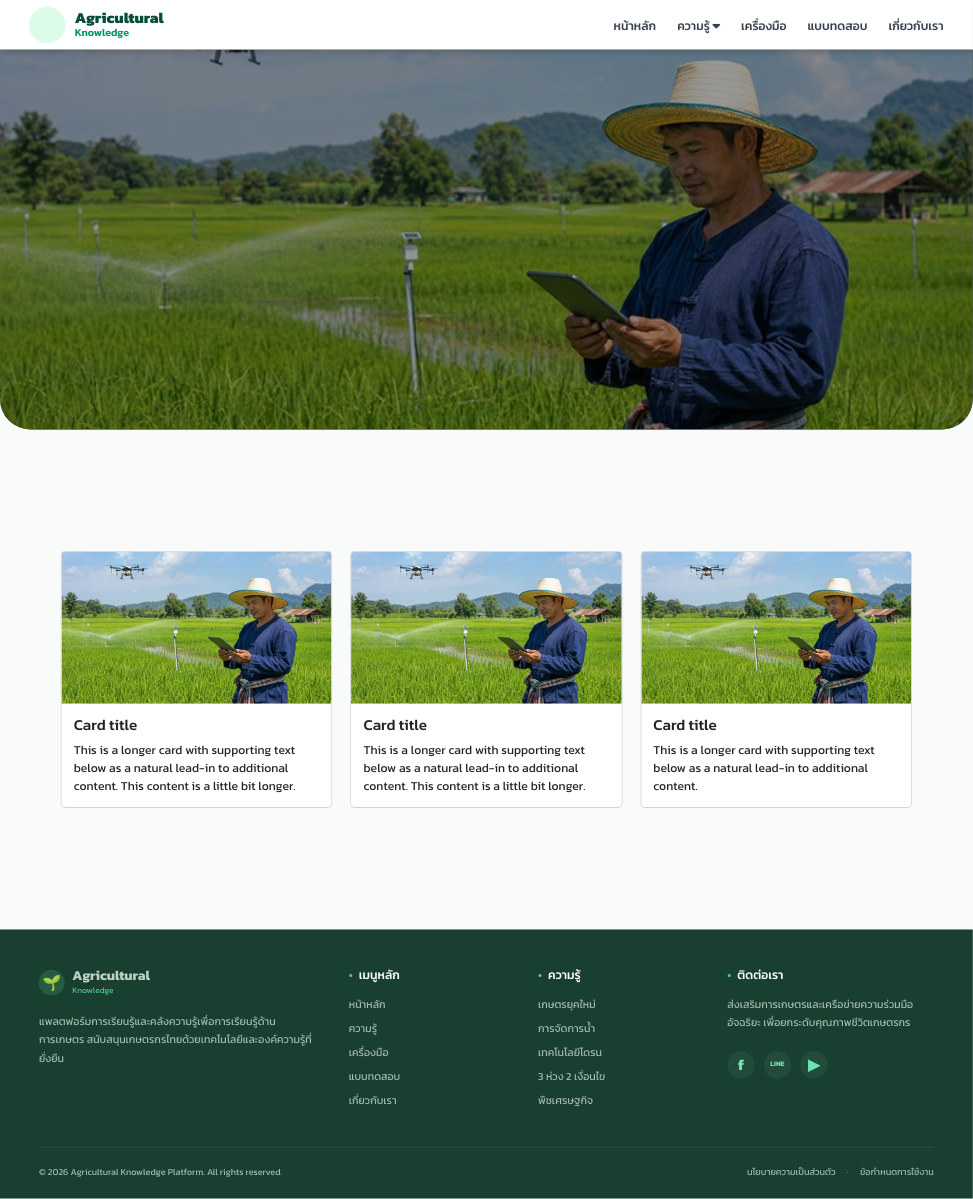
Repository: nuwat-wa/Project-WebdesignAG
Page: ag1.html
These files come from the project's save history. The page is drawn as it stood at one moment and after the next save; the edit follows.
The browser window is 1280 px wide. The pictures show the whole page, at 76% of full size.

Above is the page before, as saved 2026-09-25 19:01:01.

### ag1.html
<!doctype html>
<html lang="en">
  <head>
    <meta charset="UTF-8" />
    <meta name="viewport" content="width=device-width, initial-scale=1.0" />
    <title>Agricultural Knowledge</title>
    <link
      href="https://cdn.jsdelivr.net/npm/bootstrap@5.3.8/dist/css/bootstrap.min.css"
      rel="stylesheet"
      integrity="sha384-sRIl4kxILFvY47J16cr9ZwB07vP4J8+LH7qKQnuqkuIAvNWLzeN8tE5YBujZqJLB"
      crossorigin="anonymous"
    />
    <link
      rel="stylesheet"
      href="https://cdnjs.cloudflare.com/ajax/libs/font-awesome/6.7.2/css/all.min.css"
    />
    <link rel="stylesheet" href="ag1.css" />
  </head>
  <body>
    <header class="header">
      <div class="logo">
        <div class="logo-icon">
          <i class=""></i>
        </div>
        <div class="brand-text">
          <h1 class="title">Agricultural</h1>
          <span class="subtitle">Knowledge</span>
        </div>
      </div>

      <nav class="nav-links">
        <a href="#">หน้าหลัก</a>
        <a href="#">ความรู้ <i class="fa-solid fa-caret-down"></i> </a>
        <a href="#">เครื่องมือ</a>
        <a href="#">แบบทดสอบ</a>
        <a href="#">เกี่ยวกับเรา</a>
      </nav>
    </header>

    <div class="helo">
      <img src="img/aghero.jpg" alt="Agricultural" />
      <div class="overlay"></div>
    </div>

    <div class="navcont"></div>

    <div class="content">
      <div class="row row-cols-1 row-cols-md-3 g-4">
        <div class="col">
          <div class="card">
            <img src="img/aghero.jpg" class="card-img-top" alt="..." />
            <div class="card-body">
              <h5 class="card-title">Card title</h5>
              <p class="card-text">
                This is a longer card with supporting text below as a natural
                lead-in to additional content. This content is a little bit
                longer.
              </p>
            </div>
          </div>
        </div>
        <div class="col">
          <div class="card">
            <img src="img/aghero.jpg" class="card-img-top" alt="..." />
            <div class="card-body">
              <h5 class="card-title">Card title</h5>
              <p class="card-text">
                This is a longer card with supporting text below as a natural
                lead-in to additional content. This content is a little bit
                longer.
              </p>
            </div>
          </div>
        </div>
        <div class="col">
          <div class="card">
            <img src="img/aghero.jpg" class="card-img-top" alt="..." />
            <div class="card-body">
              <h5 class="card-title">Card title</h5>
              <p class="card-text">
                This is a longer card with supporting text below as a natural
                lead-in to additional content.
              </p>
            </div>
          </div>
        </div>

      </div>
    </div>

    <footer class="site-footer">
      <div class="footer-top">
        <!-- โลโก้และคำอธิบาย -->
        <div class="footer-about">
          <div class="footer-logo">
            <span class="footer-logo-icon">🌱</span>

            <div>
              <strong>Agricultural</strong>
              <small>Knowledge</small>
            </div>
          </div>

          <p>
            แพลตฟอร์มการเรียนรู้และคลังความรู้เพื่อการเรียนรู้ด้านการเกษตร
            สนับสนุนเกษตรกรไทยด้วยเทคโนโลยีและองค์ความรู้ที่ยั่งยืน
          </p>
        </div>

        <!-- เมนูหลัก -->
        <div class="footer-column">
          <h3>เมนูหลัก</h3>

          <ul>
            <li><a href="home.html">หน้าหลัก</a></li>
            <li><a href="knowledge.html">ความรู้</a></li>
            <li><a href="tools.html">เครื่องมือ</a></li>
            <li><a href="quiz.html">แบบทดสอบ</a></li>
            <li><a href="about.html">เกี่ยวกับเรา</a></li>
          </ul>
        </div>

        <!-- หมวดความรู้ -->
        <div class="footer-column">
          <h3>ความรู้</h3>

          <ul>
            <li><a href="modern-farming.html">เกษตรยุคใหม่</a></li>
            <li><a href="water.html">การจัดการน้ำ</a></li>
            <li><a href="drone.html">เทคโนโลยีโดรน</a></li>
            <li><a href="sufficiency.html">3 ห่วง 2 เงื่อนไข</a></li>
            <li><a href="crops.html">พืชเศรษฐกิจ</a></li>
          </ul>
        </div>

        <!-- ติดต่อ -->
        <div class="footer-contact">
          <h3>ติดต่อเรา</h3>

          <p>
            ส่งเสริมการเกษตรและเครือข่ายความร่วมมืออัจฉริยะ
            เพื่อยกระดับคุณภาพชีวิตเกษตรกร
          </p>

          <!-- ใส่ URL ของช่องทางจริงใน href -->
          <div class="footer-social">
            <a href="#" aria-label="Facebook">f</a>
            <a href="#" class="social-line" aria-label="LINE">LINE</a>
            <a href="#" aria-label="YouTube">▶</a>
          </div>
        </div>
      </div>

      <!-- ส่วนล่าง -->
      <div class="footer-bottom">
        <p>© 2026 Agricultural Knowledge Platform. All rights reserved.</p>

        <div class="footer-policy">
          <a href="privacy.html">นโยบายความเป็นส่วนตัว</a>
          <span>·</span>
          <a href="terms.html">ข้อกำหนดการใช้งาน</a>
        </div>
      </div>
    </footer>

    <script
      src="https://cdn.jsdelivr.net/npm/bootstrap@5.3.8/dist/js/bootstrap.bundle.min.js"
      integrity="sha384-FKyoEForCGlyvwx9Hj09JcYn3nv7wiPVlz7YYwJrWVcXK/BmnVDxM+D2scQbITxI"
      crossorigin="anonymous"
    ></script>
  </body>
</html>

### ag1.css
@import url('https://fonts.googleapis.com/css2?family=Kanit:ital,wght@0,100;0,200;0,300;0,400;0,500;0,600;0,700;0,800;0,900;1,100;1,200;1,300;1,400;1,500;1,600;1,700;1,800;1,900&display=swap');

* {
  margin: 0;
  padding: 0;
  box-sizing: border-box;
  font-family: "Kanit", sans-serif;
  font-style: normal;
}

body {
  background: #f8fbf9;
  overflow-x: hidden;
}

/* scroll bar */
html {
  scrollbar-width: none;
  -ms-overflow-style: none;
}

html::-webkit-scrollbar {
  display: none;
}

.header {
  position: fixed;
  top: 0;
  left: 0;
  width: 100%;
  padding: 0 3%;
  height: 65px;
  background: white;
  display: flex;
  justify-content: space-between;
  align-items: center;
  box-shadow: 0 2px 10px rgba(0, 0, 0, 0.25);
  z-index: 1000;
}

.logo {
  display: flex;
  align-items: center;
  gap: 12px;
}

.logo-icon {
  width: 48px;
  height: 48px;
  background-color: #dcfce7;
  border-radius: 50%;
  display: flex;
  align-items: center;
  justify-content: center;
}

.brand-text {
  display: flex;
  flex-direction: column;
}

.title {
  margin: 0;
  font-size: 20px;
  font-weight: 800;
  color: #064e3b;
  line-height: 0.95;
}

.subtitle {
  font-size: 14px;
  font-weight: 600;
  color: #059669;
  line-height: 1.1;
  margin-top: 2px;
}

.nav-links a {
  text-decoration: none;
  color: #374151;
  font-weight: 500;
  margin-left: 24px;
}

.nav-links a:hover {
  color: #2D6A4F;
}

.nav-links a:hover {
    color: #2D6A4F;
}

nav a:hover,
nav .active {
    color: #2D6A4F;
    border-bottom: 2px solid #2D6A4F;
}

.helo {
  width: 100vw;
  margin-top: 65px;
  background-color: black;
  border-radius: 0px 0px 40px 40px;
}

.helo img {
  width: 100%;
  height: 500px;
  object-fit: cover;
  display: block;
  border-radius: 0px 0px 40px 40px;
  opacity: 0.6;
}


/* content */
.content {
    margin: 10rem 5rem;
}

/* footer */
.site-footer {
    padding: 50px 4% 25px;
    background-color: #193f31;
    color: #a4bdb0;
    font-size: 14px;
    line-height: 1.7;
    width: 100vw;
}

.site-footer * {
    box-sizing: border-box;
}

.site-footer a {
    color: #a4bdb0;
    text-decoration: none;
}

.site-footer a:hover {
    color: #65dfb0;
}

.site-footer a:focus-visible {
    outline: 2px solid #65dfb0;
    outline-offset: 4px;
}


/* จัดเนื้อหา 4 คอลัมน์ */
.site-footer .footer-top {
    display: flex;
    justify-content: space-between;
    gap: 45px;
    max-width: 1200px;
    margin: auto;
}

.site-footer .footer-about {
    flex: 1.6;
    min-width: 0;
}

.site-footer .footer-column {
    flex: 0.9;
    min-width: 0;
}

.site-footer .footer-contact {
    flex: 1.2;
    min-width: 0;
}


/* โลโก้ */
.site-footer .footer-logo {
    display: flex;
    align-items: center;
    gap: 10px;
    margin-bottom: 20px;
}

.site-footer .footer-logo-icon {
    display: flex;
    align-items: center;
    justify-content: center;
    width: 34px;
    height: 34px;
    border-radius: 50%;
    background-color: #245b42;
    font-size: 20px;
}

.site-footer .footer-logo strong {
    display: block;
    color: #bdd0c5;
    font-size: 18px;
    line-height: 1.2;
}

.site-footer .footer-logo small {
    display: block;
    color: #50c998;
    font-size: 11px;
}


/* หัวข้อและจุดสีเขียว */

.site-footer h3 {
    margin: 0 0 18px;
    color: white;
    font-size: 16px;
}

.site-footer h3::before {
    content: "•";
    margin-right: 8px;
    color: #3bd4a0;
}


/* ข้อความและรายการลิงก์ */

.site-footer p {
    margin: 0;
}

.site-footer ul {
    margin: 0;
    padding: 0;
    list-style: none;
}

.site-footer li {
    margin-bottom: 8px;
}


/* ปุ่มช่องทางติดต่อ */

.site-footer .footer-social {
    display: flex;
    gap: 12px;
    margin-top: 25px;
}

.site-footer .footer-social a {
    display: flex;
    align-items: center;
    justify-content: center;
    width: 36px;
    height: 36px;
    border-radius: 50%;
    background-color: #224b3b;
    color: #6ce4b6;
    font-size: 20px;
    font-weight: bold;
}

.site-footer .footer-social a:hover {
    background-color: #30634e;
}

.site-footer .footer-social .social-line {
    font-size: 9px;
}


/* เส้นคั่นและข้อมูลด้านล่าง */

.site-footer .footer-bottom {
    display: flex;
    justify-content: space-between;
    align-items: center;
    gap: 20px;
    max-width: 1200px;
    margin: 40px auto 0;
    padding-top: 22px;
    border-top: 1px solid #2b5140;
    font-size: 12px;
}

.site-footer .footer-policy {
    display: flex;
    flex-wrap: wrap;
    gap: 15px;
}


/* แท็บเล็ต: แสดงสองคอลัมน์ */
@media (max-width: 768px) {
    .site-footer .footer-top {
        flex-wrap: wrap;
        gap: 30px;
    }
    .site-footer .footer-about,
    .site-footer .footer-column,
    .site-footer .footer-contact {
        flex: 1 1 40%;
    }
    .site-footer .footer-bottom {
        flex-direction: column;
        align-items: flex-start;
    }
}


/* มือถือ: เรียงลงมาคอลัมน์เดียว */
@media (max-width: 375px) {
    .site-footer {
        padding: 35px 20px 20px;
    }
    .site-footer .footer-top {
        flex-direction: column;
    }
}

After the next save:
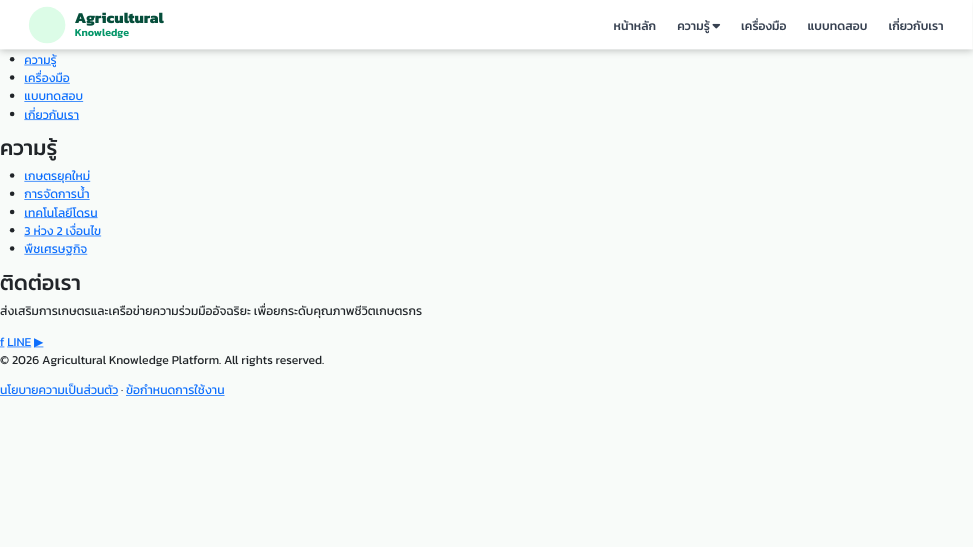
Saved 80 s later.
--- a/ag1.html
+++ b/ag1.html
@@ -37,75 +37,6 @@
       </nav>
     </header>
 
-    <div class="helo">
-      <img src="img/aghero.jpg" alt="Agricultural" />
-      <div class="overlay"></div>
-    </div>
-
-    <div class="navcont"></div>
-
-    <div class="content">
-      <div class="row row-cols-1 row-cols-md-3 g-4">
-        <div class="col">
-          <div class="card">
-            <img src="img/aghero.jpg" class="card-img-top" alt="..." />
-            <div class="card-body">
-              <h5 class="card-title">Card title</h5>
-              <p class="card-text">
-                This is a longer card with supporting text below as a natural
-                lead-in to additional content. This content is a little bit
-                longer.
-              </p>
-            </div>
-          </div>
-        </div>
-        <div class="col">
-          <div class="card">
-            <img src="img/aghero.jpg" class="card-img-top" alt="..." />
-            <div class="card-body">
-              <h5 class="card-title">Card title</h5>
-              <p class="card-text">
-                This is a longer card with supporting text below as a natural
-                lead-in to additional content. This content is a little bit
-                longer.
-              </p>
-            </div>
-          </div>
-        </div>
-        <div class="col">
-          <div class="card">
-            <img src="img/aghero.jpg" class="card-img-top" alt="..." />
-            <div class="card-body">
-              <h5 class="card-title">Card title</h5>
-              <p class="card-text">
-                This is a longer card with supporting text below as a natural
-                lead-in to additional content.
-              </p>
-            </div>
-          </div>
-        </div>
-
-      </div>
-    </div>
-
-    <footer class="site-footer">
-      <div class="footer-top">
-        <!-- โลโก้และคำอธิบาย -->
-        <div class="footer-about">
-          <div class="footer-logo">
-            <span class="footer-logo-icon">🌱</span>
-
-            <div>
-              <strong>Agricultural</strong>
-              <small>Knowledge</small>
-            </div>
-          </div>
-
-          <p>
-            แพลตฟอร์มการเรียนรู้และคลังความรู้เพื่อการเรียนรู้ด้านการเกษตร
-            สนับสนุนเกษตรกรไทยด้วยเทคโนโลยีและองค์ความรู้ที่ยั่งยืน
-          </p>
-        </div>
 
         <!-- เมนูหลัก -->
         <div class="footer-column">
